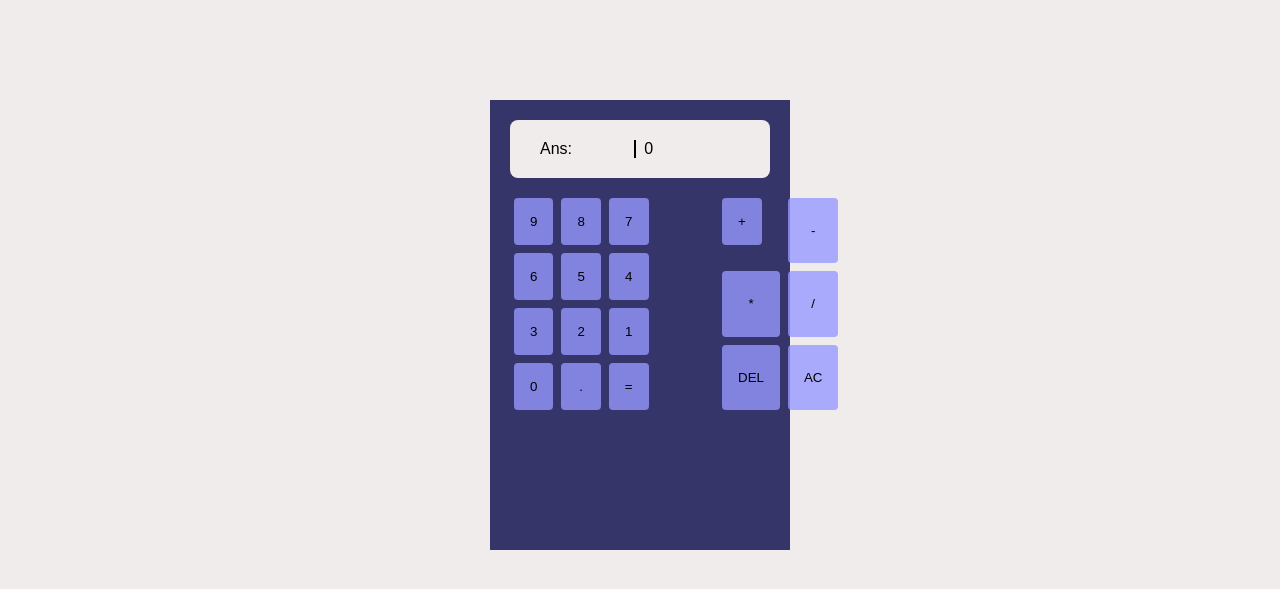
Repository: Bishek666/simple-calculator
Page: /
These files come from the project's save history. The page is drawn as it stood at one moment and after the next save; the edit follows.
The browser window is 1280 px wide. The pictures show the whole page.
The project was rebuilt for these pictures with package versions that can differ from the ones it lists, and the page was loaded fresh each time.

Above is the page before, as saved 2021-10-26 16:57:40.

After the next save:
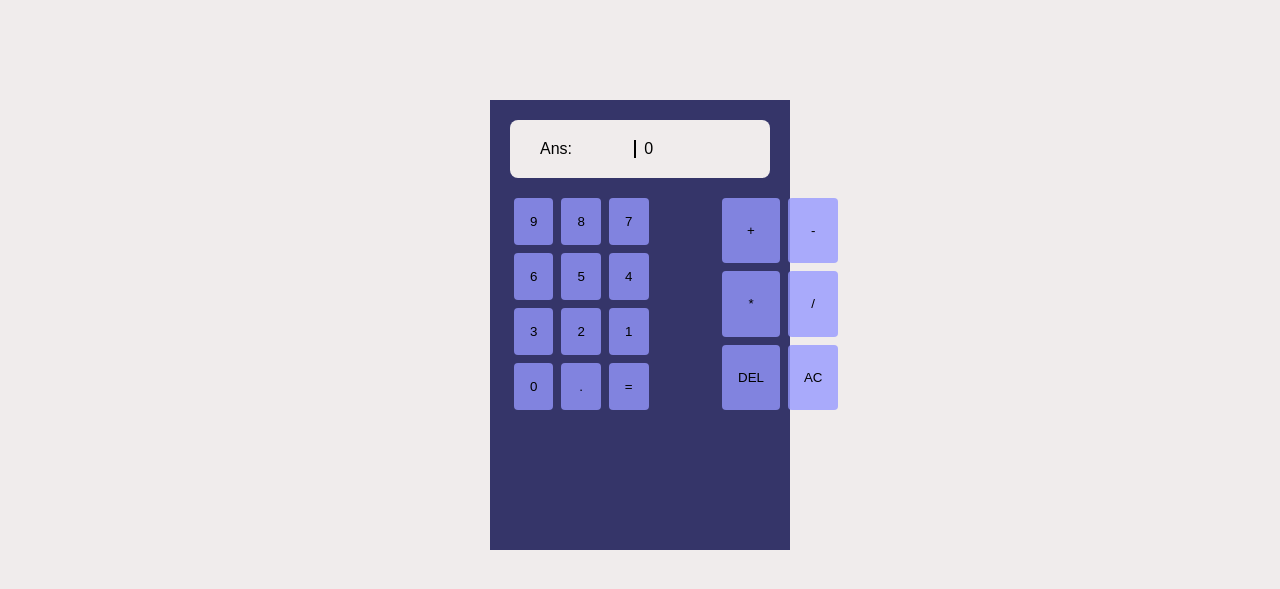
Saved 53 s later.
--- a/src/App.js
+++ b/src/App.js
@@ -74,9 +74,8 @@
                     <button onClick={calculate}>=</button>
                 </div>
                 <div className='operators'>
-                    <div>
-                        <button onClick={() => updateCalc('+')}>+</button>
-                    </div>
+                    <button onClick={() => updateCalc('+')}>+</button>
+
                     <button onClick={() => updateCalc('-')}>-</button>
                     <button onClick={() => updateCalc('*')}>*</button>
                     <button onClick={() => updateCalc('/')}>/</button>

After the 2 saves that followed:
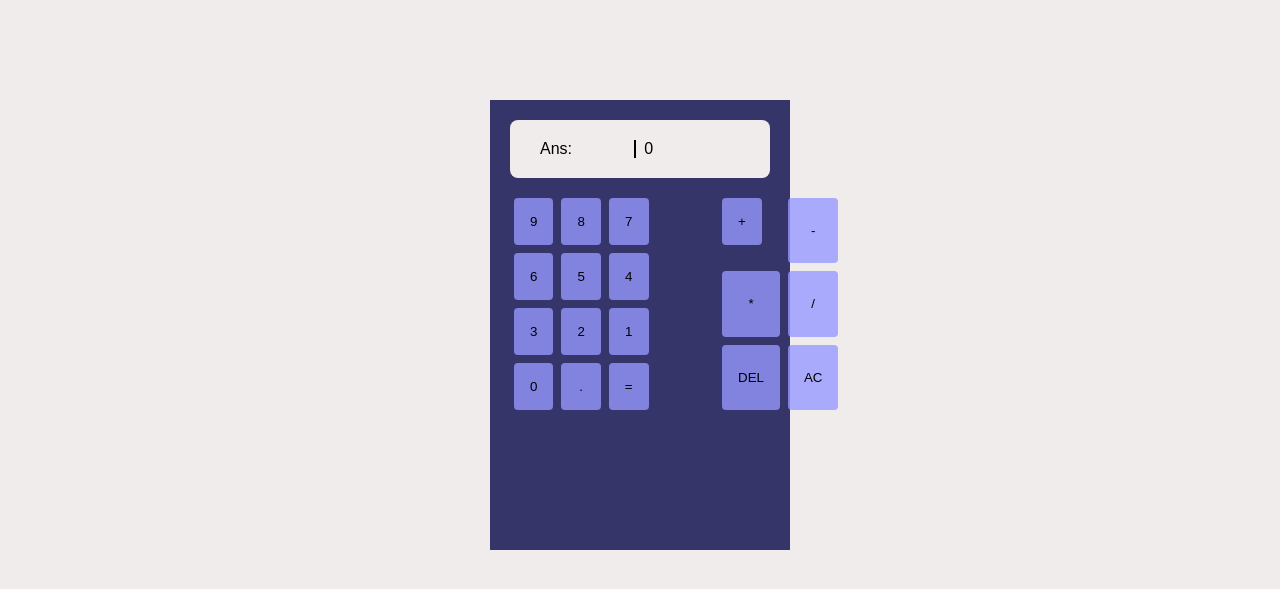
The 2 saves are shown as one change because 1 left the picture as it was.
The last was saved 5 min 46 s later.
--- a/src/App.js
+++ b/src/App.js
@@ -74,7 +74,9 @@
                     <button onClick={calculate}>=</button>
                 </div>
                 <div className='operators'>
-                    <button onClick={() => updateCalc('+')}>+</button>
+                    <div>
+                        <button onClick={() => updateCalc('+')}>+</button>
+                    </div>
 
                     <button onClick={() => updateCalc('-')}>-</button>
                     <button onClick={() => updateCalc('*')}>*</button>
